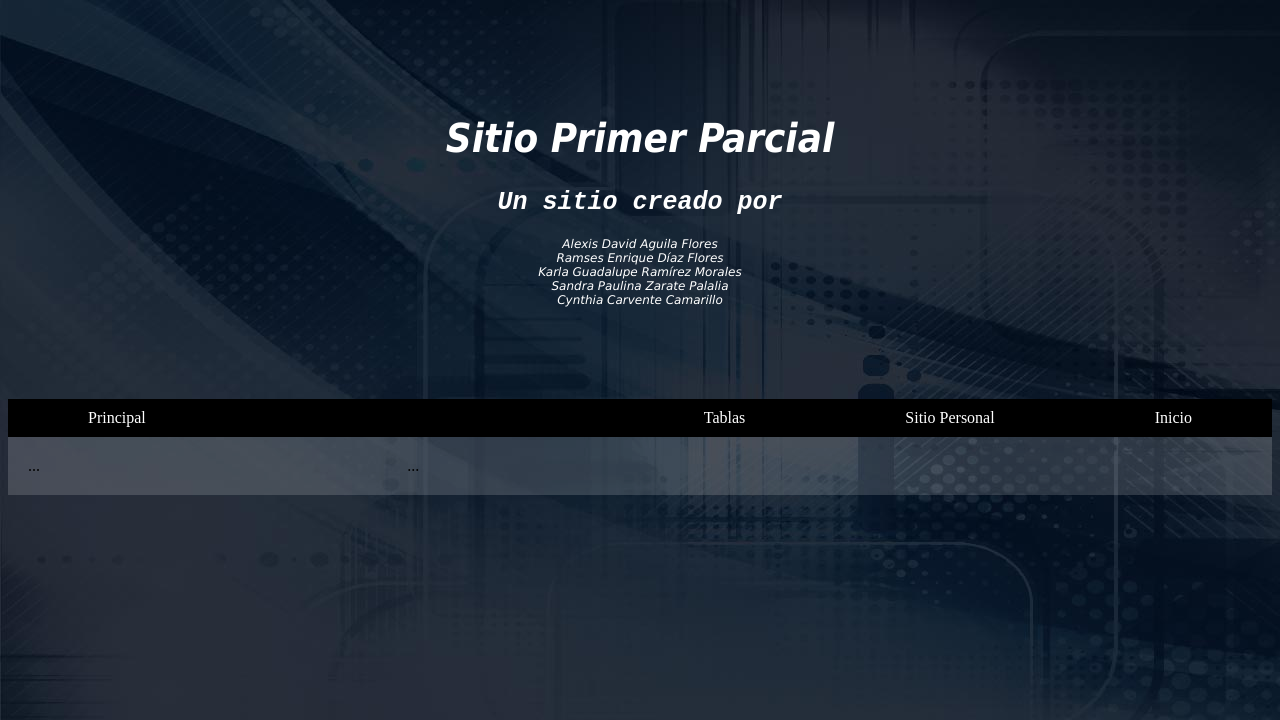
Repository: Dogueen/miniProyectoUniversidad
Page: miniProyecto/principal.html
The author's editor kept a copy of each file at every save. The page is drawn from the files as they stood at one save, then again after the next save.
The browser window is 1280 px wide. The pictures show the whole page.

Above is the page before, as saved 2023-10-31 15:23:05.

After the next save:
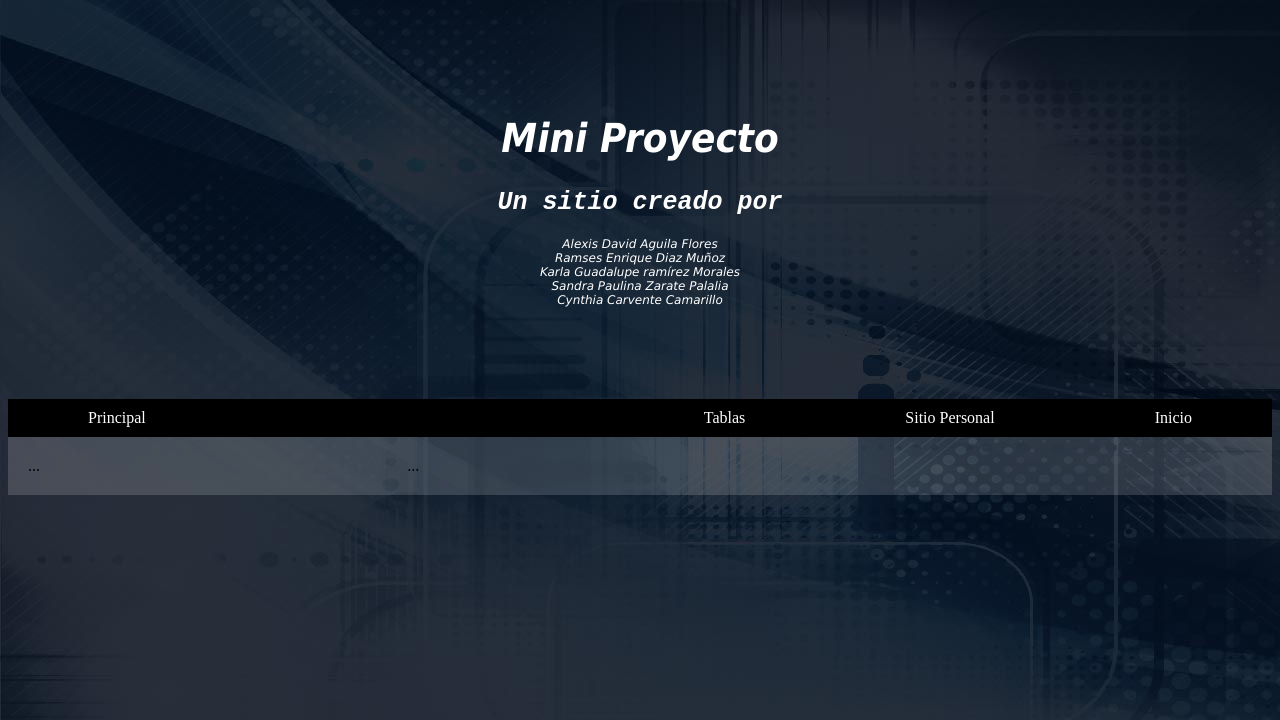
Saved 3 min 36 s later.
--- a/miniProyecto/principal.html
+++ b/miniProyecto/principal.html
@@ -14,12 +14,12 @@
 <body>
 
     <div class="header">
-        <h1>Sitio Primer Parcial</h1>
+        <h1>Mini Proyecto</h1>
         <h2> Un sitio creado por</h2>
         <dl>
             <dt>Alexis David Aguila Flores</dt>
-            <dt>Ramses Enrique Díaz Flores</dt>
-            <dt>Karla Guadalupe Ramírez Morales</dt>
+            <dt>Ramses Enrique Diaz Muñoz</dt>
+            <dt>Karla Guadalupe ramírez Morales</dt>
             <dt>Sandra Paulina Zarate Palalia</dt>
             <dt>Cynthia Carvente Camarillo</dt>
         </dl>
